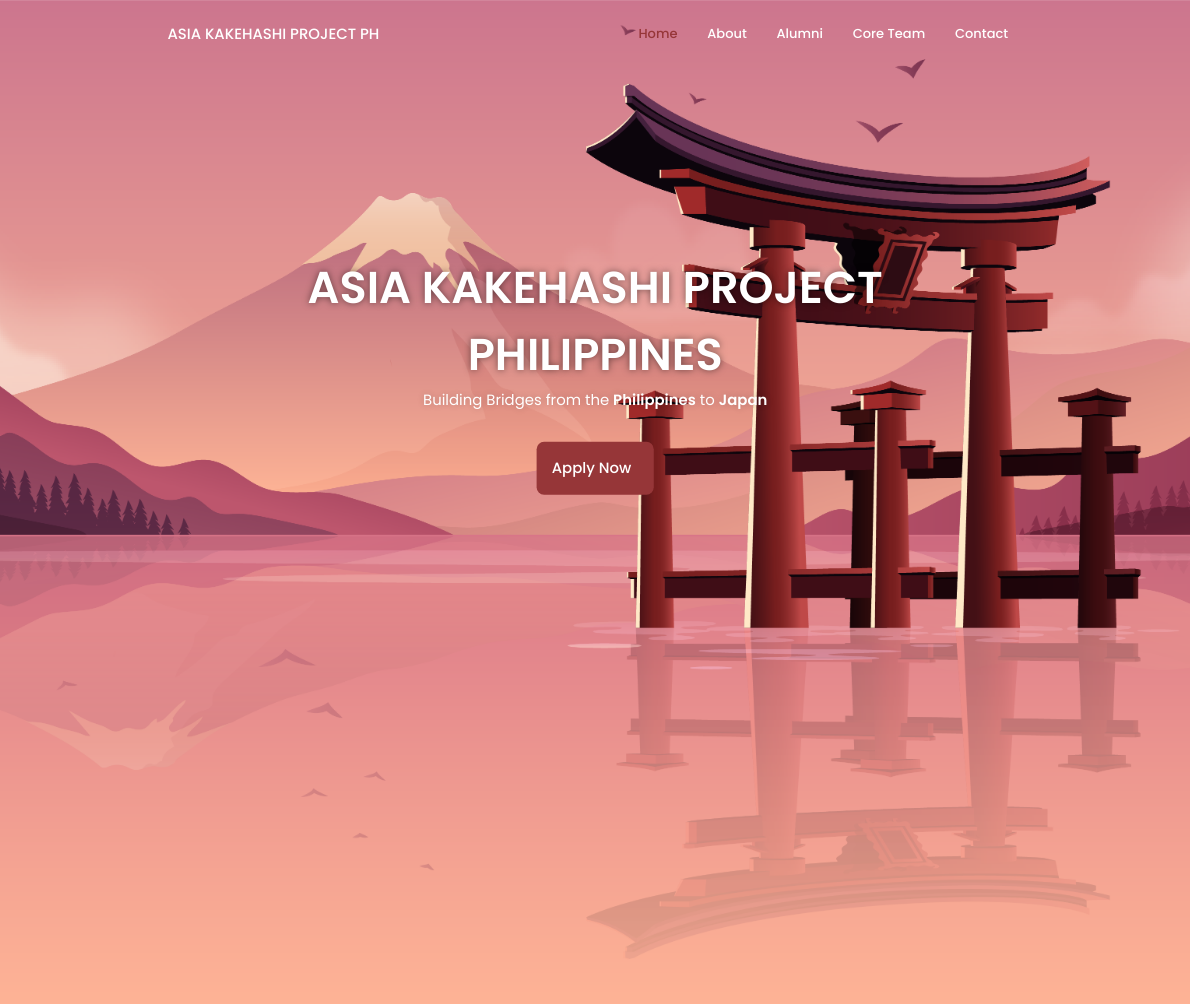
Repository: Aishie123/AKP-PH
Page: index.html
These files come from the project's save history. The page is drawn as it stood at one moment and after the next save; the edit follows.
The browser window is 1280 px wide. The pictures show the whole page, at 93% of full size.
Some icons come from a web library that is not loaded, so they are not drawn.

Above is the page before, as saved 2024-02-18 00:12:09.

### index.html
<!DOCTYPE html>
    <html lang="en">
    <head>
        <meta charset="UTF-8">
        <meta name="viewport" content="width=device-width, initial-scale=1.0">

        <!--==================== UNICONS ====================-->
        <link rel="stylesheet" href="https://unicons.iconscout.com/release/v4.0.8/css/line.css">


        <!--==================== CSS ====================-->
        <link rel="stylesheet" href="assets/css/styles.css">

        <title>Asia Kakehashi Project Philippines</title>
    </head>
    <body>
        <!--==================== HEADER ====================-->
        <header class="header" id="header">
            <nav class="nav container">
                <a href="#" class="nav__logo">ASIA KAKEHASHI PROJECT PH</a>

                <div class="nav__menu" id="nav-menu">
                    <ul class="nav__list grid">
                        <li class="nav__item">
                            <a href="#home" class="nav__link active-link">
                                <i class="uil uil-estate nav__icon"></i>Home
                            </a>
                        </li>
                        <li class="nav__item">
                            <a href="" class="nav__link">
                                <i class="uil uil-user nav__icon"></i>About
                            </a>
                        </li>
                        <li class="nav__item">
                            <a href="" class="nav__link">
                                <i class="uil uil-file-alt nav__icon"></i>Alumni
                            </a>
                        </li>
                        <li class="nav__item">
                            <a href="" class="nav__link">
                                <i class="uil uil-briefcase-alt nav__icon"></i>Core Team
                            </a>
                        </li>
                        <li class="nav__item">
                            <a href="#apply" class="nav__link">
                                <i class="uil uil-message nav__icon"></i>Contact
                            </a>
                        </li>
                    </ul>
                    <i class="uil uil-times nav__close" id="nav-close"></i>
                </div>

                <div class="nav__btns">
                    <!-- Theme change button -->
                    <i class="uil uil-moon change-theme" id="theme-button"></i>

                    <div class="nav__toggle" id="nav-toggle">
                        <i class="uil uil-apps"></i>
                    </div>
                </div>

            </nav>
        </header>

        <!--==================== MAIN ====================-->
        <main class="main">
            <!--==================== HOME ====================-->
            <section class="home section" id="home">
                <div class="home__container container grid">
                    <div class="home__content grid">
                        <div class="home__data">
                            <h1 class="home__title">ASIA KAKEHASHI PROJECT<br>PHILIPPINES</h1>
                            <p class="home__description">Building Bridges from the <b>Philippines</b> to <b>Japan</b></p>
                            <a href="#apply" class="button button--flex">
                                Apply Now <i class="uil uil-message button__icon"></i>
                            </a>
                        </div>
                        <div class="home__parallax">
                            <img src="assets/img/bg/600ppi/Front_Mountains.png" id="front-mountains">
                        </div>
                    </div>

                    <div class="home__scroll">
                        <a href="#about" class="home__scroll-button button--flex">
                            <i class="uil uil-mouse-alt home__scroll-mouse"></i>
                            <span class="home__scroll-name">Scroll down</span>
                            <i class="uil uil-arrow-down home__scroll-arrow"></i>
                        </a>
                    </div>
                </div>
            </section>

            <section class="about section" id="home">
                <div class="about__container container grid">
                    <div class="about__content grid">

                    </div>
                </div>
            </section>





        <!--==================== SCROLL TOP ====================-->
        <a href="" class="scrollup" id="scroll-up">
            <i class="uil uil-arrow-up scrollup__icon"></i>
        </a>

        <!--==================== MAIN JS ====================-->
        <script src="assets/js/main.js"></script>
    </body>
</html>

### assets/css/styles.css
/*==================== GOOGLE FONTS ====================*/
@import url('https://fonts.googleapis.com/css2?family=Poppins:wght@400;500;600&display=swap');

/*==================== VARIABLES CSS ====================*/
:root {
    --header-height: 3rem;

    /*========== Colors ==========*/
    /* Change favorite color */
    --hue-color: 359;

    /* HSL color mode */
    --first-color: hsl(var(--hue-color), 47%, 40%);
    --first-color-second: hsl(var(--hue-color), 47%, 40%);
    --first-color-alt: hsl(var(--hue-color), 35%, 32%);
    --first-color-lighter: hsl(var(--hue-color), 70%, 64%);
    --title-color: var(--container-color);
    --text-color: #fff;
    --text-color-light: hsl(var(--hue-color), 8%, 65%);
    --input-color: hsl(var(--hue-color), 70%, 96%);
    --body-color: hsl(var(--hue-color), 60%, 99%);
    --container-color: #fff;
    --scroll-bar-color: hsl(var(--hue-color), 12%, 90%);
    --scroll-thumb-color: hsl(var(--hue-color), 12%, 80%);

    /*========== Font and typography ==========*/
    --body-font: 'Poppins', sans-serif;

    /* .5rem = 8px, 1rem = 16px, 1.5rem = 24px ... */
    --big-font-size: 2rem;
    --h1-font-size: 1.5rem;
    --h2-font-size: 1.25rem;
    --h3-font-size: 1.125rem;
    --normal-font-size: .938rem;
    --small-font-size: .813rem;
    --smaller-font-size: .75rem;

    /*========== Font weight ==========*/
    --font-medium: 500;
    --font-semi-bold: 600;

    /*========== Margins Bottom ==========*/
    /* .25rem = 4px, .5rem = 8px, .75rem = 12px ... */
    --mb-0-25: .25rem;
    --mb-0-5: .5rem;
    --mb-0-75: .75rem;
    --mb-1: 1rem;
    --mb-1-5: 1.5rem;
    --mb-2: 2rem;
    --mb-2-5: 2.5rem;
    --mb-3: 3rem;

    /*========== z index ==========*/
    --z-tooltip: 10;
    --z-fixed: 100;
    --z-modal: 1000;
}

/* Font size for large devices */
@media screen and (min-width: 968px) {
    :root {
        --big-font-size: 3rem;
        --h1-font-size: 2.25rem;
        --h2-font-size: 1.5rem;
        --h3-font-size: 1.25rem;
        --normal-font-size: 1rem;
        --small-font-size: .875rem;
        --smaller-font-size: .813rem;
    }
}

/*========== Variables Dark theme ==========*/
body.dark-theme{
  --first-color-second: hsl(var(--hue-color), 30%, 8%);
  --title-color: var(--container-color);
  --text-color: hsl(var(--hue-color), 8%, 75%);
  --input-color: hsl(var(--hue-color), 29%, 16%);
  --body-color: hsl(var(--hue-color), 28%, 12%);
  --container-color: hsl(var(--hue-color), 29%, 16%);
  --scroll-bar-color: hsl(var(--hue-color), 12%, 48%);
  --scroll-thumb-color: hsl(var(--hue-color), 12%, 36%);
}

/*========== Button Dark/Light ==========*/
.nav__btns{
  display: flex;
  align-items: center;
}

.change-theme{
  font-size: 1.25rem;
  color: var(--title-color);
  margin-right: var(--mb-1);
  cursor: pointer;
}

.change-theme:hover{
  color: var(--first-color);
}

/*==================== BASE ====================*/
* {
  box-sizing: border-box;
  padding: 0;
  margin: 0;
}

html {
  scroll-behavior: smooth;
}

body {
  margin: 0 0 var(--header-height) 0;
  font-family: var(--body-font);
  font-size: var(--normal-font-size);
  background-color: var(--body-color);
  color: var(--text-color);
}

h1, h2, h3, h4 {
  color: var(--title-color);
  font-weight: var(--font-semi-bold);
}

ul {
  list-style: none;
}

a {
  text-decoration: none;
}

img {
  /*max-width: 100%;*/
  height: auto;
}

/*==================== REUSABLE CSS CLASSES ====================*/
/*
.section {
  padding: 2rem 0 4rem;
}
*/

.section__title {
  font-size: var(--h1-font-size);
  color: var(--title-color);
}

.section__subtitle {
  display: block;
  font-size: var(--small-font-size);
  margin-bottom: var(--mb-3);
}

.section__title,
.section__subtitle {
  text-align: center;
}

/*==================== LAYOUT ====================*/
.container {
  padding-left: var(--mb-1-5);
  padding-right: var(--mb-1-5);
}

.grid {
  display: grid;
  gap: 1.5rem;
}

.header {
  width: 100%;
  position: fixed;
  bottom: 0;
  left: 0;
  z-index: var(--z-fixed);
 /*background-color: var(--body-color);*/
}

/*==================== NAV ====================*/
.nav{
  max-width: 968px;
  height: var(--header-height);
  display: flex;
  justify-content: space-between;
  align-items: center;
}

.nav__logo,
.nav__toggle{
  color: var(--title-color);
  font-weight: var(--font-medium);
}

.nav__logo:hover{
  color: var(--first-color);
}

.nav__toggle{
  font-size: 1.1rem;
  cursor: pointer;
}

.nav__toggle:hover{
  color: var(--first-color);
}

@media screen and (max-width: 767px){
  .nav__menu{
    position: fixed;
    bottom: -100%;
    left: 0;
    width: 100%;
    background-color: var(--body-color);
    padding: 2rem 1.5rem 4rem;
    box-shadow: 0 -1px 4px rgba(0, 0, 0, 0.15);
    border-radius: 1.5rem 1.5rem 0 0;
    transition: .3s;
  }
}

.nav__list{
  grid-template-columns: repeat(3, 1fr);
  gap: 2rem;
}

.nav__link{
  display: flex;
  flex-direction: column;
  align-items: center;
  font-size: var(--small-font-size);
  color: var(--container-color);
  font-weight: var(--font-medium);
}

.nav__link:hover{
  color: var(--first-color);
}

.nav__icon{
  font-size: 1.2rem;
}

.nav__close{
  position: absolute;
  right: 1.3rem;
  bottom: .5rem;
  font-size: 1.5rem;
  cursor: pointer;
  color: var(--first-color);
}

.nav__close:hover{
  color: var(--first-color-alt);
}

/* show menu */
.show-menu{
  bottom: 0;
}

/* Active link */
.active-link{
  color: var(--first-color);
}

/* Change background header */
.scroll-header{
  box-shadow: 0 -1px 4px rgba(0, 0, 0, 0.15);
}

/*==================== HOME ====================*/
.home__container{
    gap: 1rem;
    background: url(../img/bg/600ppi/Back_Sky.png) center/cover no-repeat;
    height: 100vh;
    background-size: cover; /* This will make the background image cover the entire container */
  overflow: hidden; /* Hide any content that overflows the container */
}

  .home__content {
    position: relative;
    padding-top: 3.5rem;
    align-items: center;
  }

  .home__parallax {
    position: absolute;
    top: 0;
    left: 0;
    width: 100%; /* Relative width */
    height: auto; /* Maintain aspect ratio */
    max-width: 100%; /* Ensure the image doesn't exceed its natural size */
    z-index: 0;
  }

  #front-mountains {
    position: relative; /* Change to relative positioning */
    width: 130rem;
    transform: translate(-30%, -30%); /* Adjust to center the element */

  }

  .home__social{
    display: grid;
    grid-template-columns: max-content;
    row-gap: 1rem;
  }

  .home__social-icon{
    font-size: 1.25rem;
    color: var(--first-color);
  }

  .home__social-icon:hover{
    color: var(--first-color-alt);
  }

  .home__data {
    display: flex;
    flex-direction: column;
    align-items: center;
    justify-content: center;
    z-index: var(--z-tooltip);
  }

  .home__title{
    font-size: var(--big-font-size);
    text-align: center;
    text-shadow: 0px 0px 8px rgba(0, 0, 0, 0.5); /* Adjust the shadow properties as needed */
  }

  .home__subtitle{
    font-size: var(--h3-font-size);
    color: var(--text-color);
    font-weight: var(--font-medium);
    margin-bottom: var(--mb-0-75);
  }

  .home__description{
    text-align: center;
    margin-bottom: var(--mb-2);
    text-shadow: 0px 0px 8px rgba(0, 0, 0, 0.2); /* Adjust the shadow properties as needed */
  }

  .home__scroll{
    display: none;
  }

  .home__scroll-button{
    color: var(--first-color);
    transition: .3s;
  }

  .home__scroll-button:hover{
    transform: translateY(.25rem);
  }

  .home__scroll-mouse{
    font-size: 2rem;
  }

  .home__scroll-name{
    font-size: var(--small-font-size);
    color: var(--title-color);
    font-weight: var(--font-medium);
    margin-right: var(--mb-0-25);
  }

  .home__scroll-arrow{
    font-size: 1.25rem;
  }

  /*==================== BUTTONS ====================*/
  .button{
    display: inline-block;
    background-color: var(--first-color);
    color: #FFF;
    padding: 1rem;
    border-radius: .5rem;
    font-weight: var(--font-medium);
  }

  .button:hover{
    background-color: var(--first-color-alt);
  }

  .button__icon{
    font-size: 1.25rem;
    margin-left: var(--mb-0-5);
    transition: .3s;
  }

  .button--flex{
    display: inline-flex;
    align-items: center;
  }




/*==================== FOOTER ====================*/
.footer{
    text-align: center;
    padding-top: 2rem;
  }

  .footer__container{
    row-gap: 1rem;
  }

  .footer__bg{
    background-color: var(--first-color-second);
    padding: 2rem 0 3rem;
  }

  .footer__title{
    font-size: var(--h1-font-size);
    margin-bottom: var(--mb-0-25);
  }

  .footer__subtitle{
    font-size: var(--small-font-size);
  }

  .footer__socials{
    font-size: 1.25rem;
    /* margin-right: var(--mb-1-5); */
    display: inline-block;
  }

  .footer__social:hover{
    color: var(--first-color-lighter);
  }

  .footer__copy{
    font-size: var(--smaller-font-size);
    text-align: center;
    margin-top: var(--mb-1);
  }

  .footer__title,
  .footer__subtitle,
  .footer__social,
  .footer__copy{
    color: #FFF
  }

  /*========== SCROLL UP ==========*/
  .scrollup{
    position: fixed;
    right: 1rem;
    bottom: -20%;
    background-color: var(--first-color);
    opacity: .8;
    padding: 0 .3rem;
    border-radius: .4rem;
    z-index: var(--z-tooltip);
    transition: .4s;
  }

  .scrollup:hover{
    background-color: var(--first-color-alt);
  }

  .scrollup__icon{
    font-size: 1.5rem;
    color: #FFF;
  }

  /* Show scroll */
  .show-scroll{
    bottom: 5rem;
  }

  /*========== SCROLL BAR ==========*/
  ::-webkit-scrollbar{
    width: .60rem;
    background-color: var(--scroll-bar-color);
    border-radius: .5rem;
  }

  ::-webkit-scrollbar-thumb{
    background-color: var(--scroll-thumb-color);
    border-radius: .5rem;
  }

  ::-webkit-scrollbar-thumb:hover{
    background-color: var(--text-color-light);
  }

  /*==================== MEDIA QUERIES ====================*/
  /* For small devices */
  @media screen and (max-width: 350px){
    .container{
      padding-left: var(--mb-1);
      padding-right: var(--mb-1);
    }

    .nav__menu{
      padding: 2rem .25rem 4rem;
    }

    .nav__list{
      column-gap: 0;
    }

    .home__container{
      row-gap: 5rem;
      height: 100vh;
    }

    #front-mountains{
      width: 130rem;
    }
  }

  /* For medium devices */
  @media screen and (min-width: 568px){

    .home__data{
      grid-column: initial;
    }
    .home__img{
      order: 1;
      justify-self: center;
    }

    .home__container{
      row-gap: 5rem;
      height: 100vh;
    }

    #front-mountains{
      width: 130rem;
    }
  }

  @media screen and (min-width: 768px){
    .container{
      margin-left: auto;
      margin-right: auto;
    }

    body{
      margin: 0;
    }

    .section__subtitle{
      margin-bottom: 4rem;
    }

    .header{
      top: 0;
      bottom: initial;
    }

    .nav{
      height: calc(var(--header-height) + 1.5rem);
      column-gap: 1rem;
    }

    .nav__icon,
    .nav__close,
    .nav__toggle{
      display: none;
    }

    .nav__list{
      display: flex;
      column-gap: 2rem;
    }
    .nav__menu{
      margin-left: auto;
    }
    .change-theme{
      margin: 0;
    }

    .home__content {
      position: relative;
      padding-top: 8rem;
      align-items: center;
    }

    .home__container{
      row-gap: 5rem;
      height: 150vh;
    }

    .home__scroll{
      display: block;
    }
    .home__scroll-button{
      margin-left: 3rem;
    }

    #front-mountains{
      width: 130rem;
    }
  }

  /* For large devices */
  @media screen and (min-width: 1024px){
    .header,
    .main,
    .footer__container{
      padding: 0;
    }

    .home__social{
      transform: translateX(-6rem);
    }

    #front-mountains{
      width: 130rem;
    }

  }

  /* For larger devices like iMac*/
  @media screen and (min-width: 1500px){
    #front-mountains{
      width: 180rem;
    }

  }

### assets/js/main.js
/*==================== DARK LIGHT THEME ====================*/

const themeButton = document.getElementById('theme-button')
const darkTheme = 'dark-theme'
const iconTheme = 'uil-sun'

// Previously selected topic (if user selected)
const selectedTheme = localStorage.getItem('selected-theme')
const selectedIcon = localStorage.getItem('selected-icon')

// We obtain the current theme that the interface has by validating the dark-theme class
const getCurrentTheme = () => document.body.classList.contains(darkTheme) ? 'dark' : 'light'
const getCurrentIcon = () => themeButton.classList.contains(iconTheme) ? 'uil-moon' : 'uil-sun'

// We validate if the user previously chose a topic
if (selectedTheme) {
  // If the validation is fulfilled, we ask what the issue was to know if we activated or deactivated the dark
  document.body.classList[selectedTheme === 'dark' ? 'add' : 'remove'](darkTheme)
  themeButton.classList[selectedIcon === 'uil-moon' ? 'add' : 'remove'](iconTheme)
}

// Activate / deactivate the theme manually with the button
themeButton.addEventListener('click', () => {
    // Add or remove the dark / icon theme
    document.body.classList.toggle(darkTheme)
    themeButton.classList.toggle(iconTheme)
    // We save the theme and the current icon that the user chose
    localStorage.setItem('selected-theme', getCurrentTheme())
    localStorage.setItem('selected-icon', getCurrentIcon())
})

After the next save:
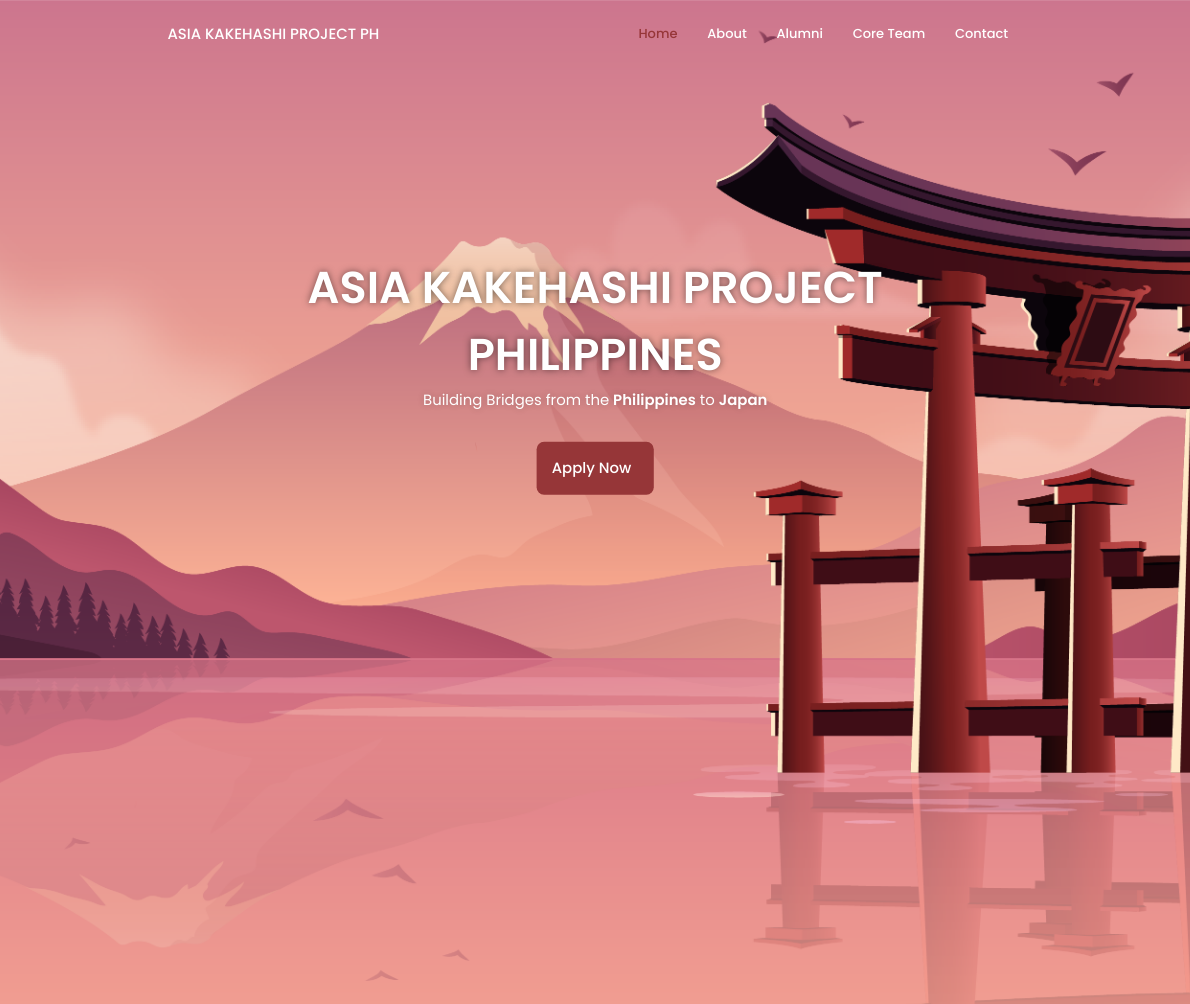
Saved 45 s later.
--- a/assets/css/styles.css
+++ b/assets/css/styles.css
@@ -614,7 +614,7 @@
     }
 
     #front-mountains{
-      width: 130rem;
+      width: 160rem;
     }
 
   }
